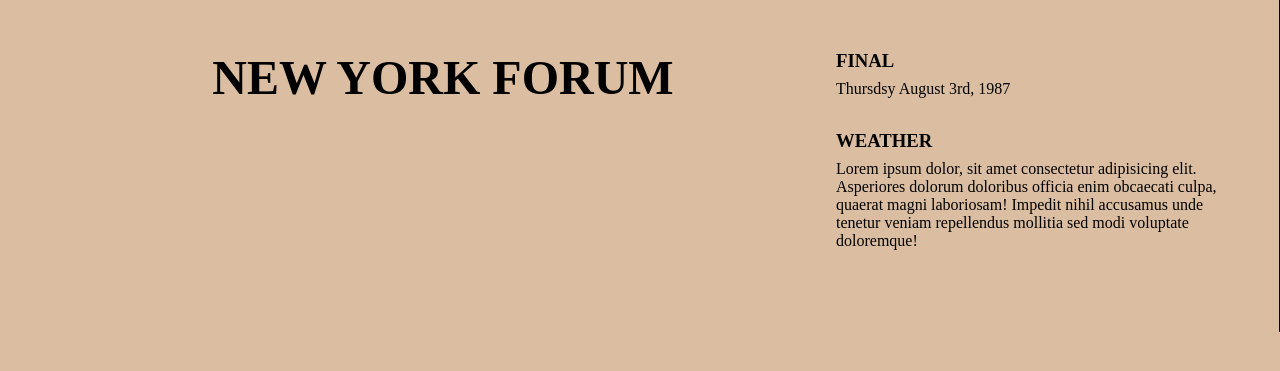
Repository: Arkitecth/newspaper-grid
Page: index.html
These files come from the project's save history. The page is drawn as it stood at one moment and after the next save; the edit follows.
The browser window is 1280 px wide. The pictures show the whole page.

Above is the page before, as saved 2023-05-29 17:03:26.

After the next save:
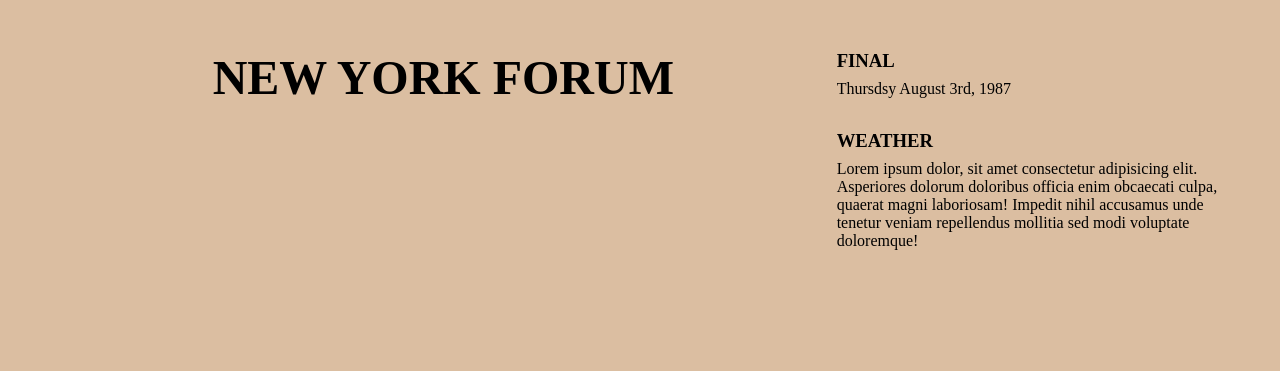
Saved 12 s later.
--- a/styles.css
+++ b/styles.css
@@ -15,7 +15,6 @@
     padding: 3.125rem;
     display: grid;
     grid-template-columns: 2fr 1fr;
-    border-right: 1px solid black;
 }
 
 
